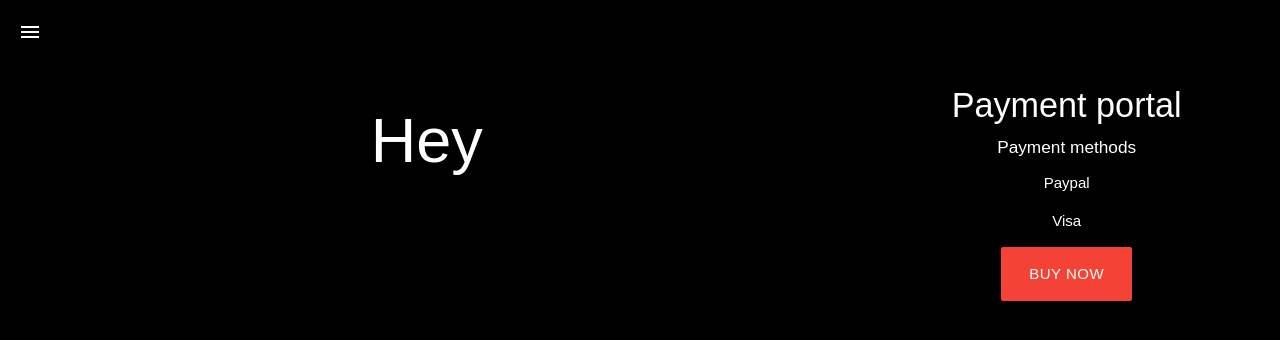
Repository: Ajtheult/final-project
Page: /cart
These files come from the project's save history. The page is drawn as it stood at one moment and after the next save; the edit follows.
The browser window is 1280 px wide. The pictures show the whole page.
Some web fonts or font styles are not loaded; a fallback is used. Some web libraries are served in a nearby version. The project was rebuilt for these pictures with package versions that can differ from the ones it lists, and the page was loaded fresh each time. Also part of the build but not shown: src/layout/pages/LandingPage.js, src/layout/pages/About.js, src/layout/pages/catalogue/Keys.js, src/layout/pages/catalogue/String.js, src/layout/pages/catalogue/Woodwind.js, src/layout/pages/catalogue/Percussion.js, src/layout/pages/login/Login.js, src/layout/pages/login/NewSignUp.js.

Above is the page before, as saved 2020-07-23 10:40:29.

After the next save:
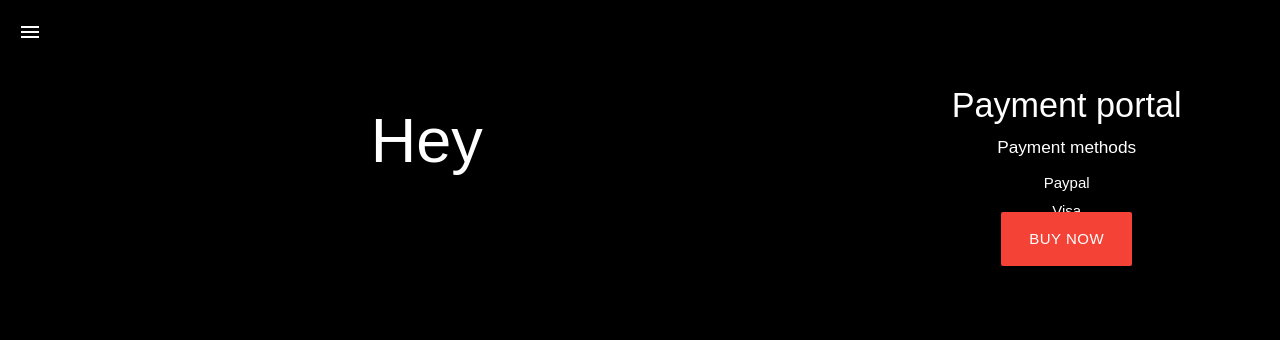
Saved 8 s later.
--- a/src/layout/pages/Cart.js
+++ b/src/layout/pages/Cart.js
@@ -13,7 +13,7 @@ const Cart = () => {
           <h4>Payment portal</h4>
           <h6>Payment methods</h6>
           <p className="">Paypal</p>
-          <p className="">Visa</p>
+          <p className="move_payment_up">Visa</p>
           <a class="waves-effect waves-light btn-large red" href="#h">
             Buy now
           </a>
